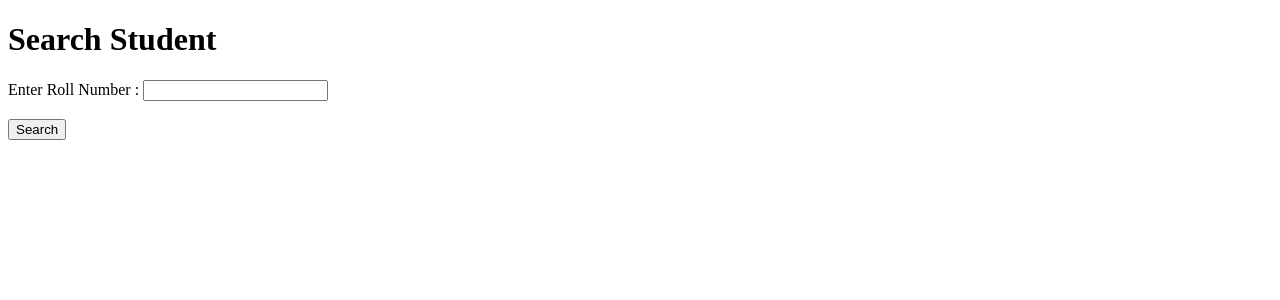
Repository: prati21-eng/Servlet-Projects
Page: Servlet_Config_Example/src/main/webapp/index.html
These files come from the project's save history. The page is drawn as it stood at one moment and after the next save; the edit follows.
The browser window is 1280 px wide. The pictures show the whole page.

Above is the page before, as saved 2024-09-13 04:53:29.

After the next save:
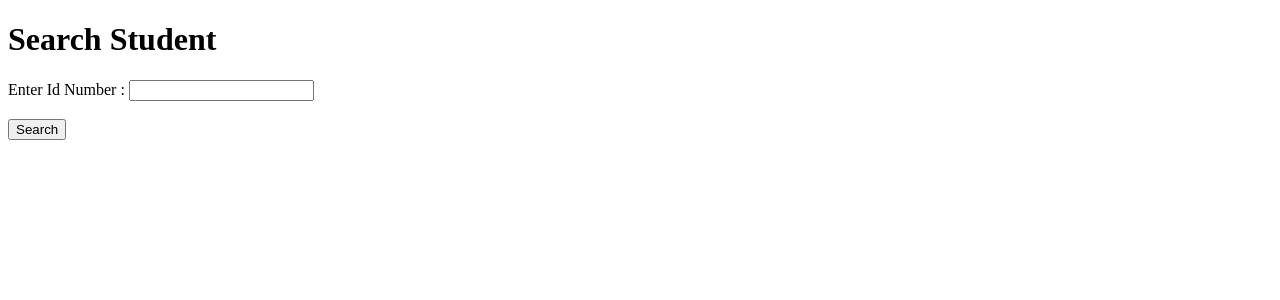
Saved 17 min 9 s later.
--- a/Servlet_Config_Example/src/main/webapp/index.html
+++ b/Servlet_Config_Example/src/main/webapp/index.html
@@ -7,8 +7,8 @@
 <body>
 	<form action="" method="post">
 		<h1>Search Student</h1>
-		<label for ="roll">Enter Roll Number :</label>
-		<input type="text" name="roll" id="roll"><br><br>
+		<label for ="id">Enter Id Number :</label>
+		<input type="text" name="id" id="id"><br><br>
 		<input type="submit" value="Search">
 	</form>
 </body>
